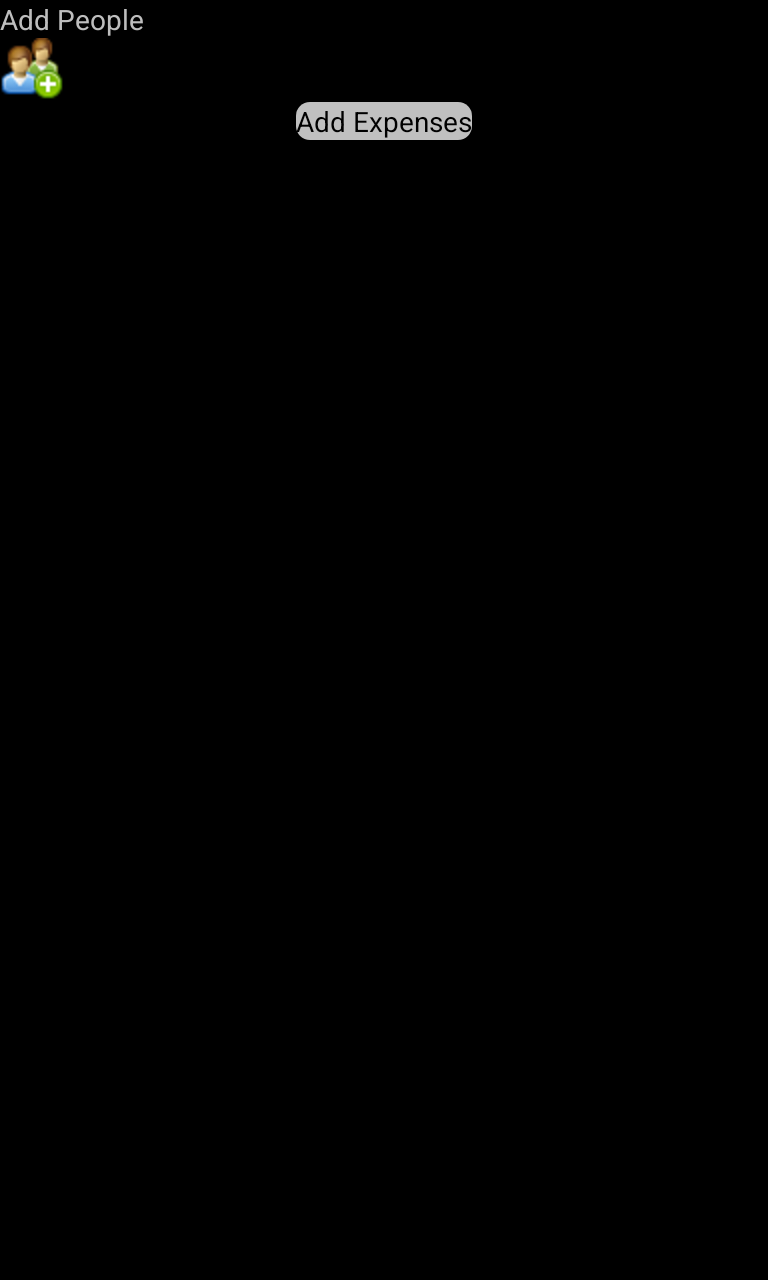
Repository: iyeranan/Expenses
Layout: Expenses/res/layout/main.xml
The author's editor kept a copy of each file at every save. The layout is drawn from the files as they stood at one save, then again after the next save.
It is drawn on a 768 x 1280 px phone screen (xhdpi) without system bars, with theme android:Theme; the app's code is not run.

Above is the layout before, as saved 2012-01-16 17:25:38.

### Expenses/res/layout/main.xml
<?xml version="1.0" encoding="utf-8"?>
<ScrollView xmlns:android="http://schemas.android.com/apk/res/android" android:layout_height="fill_parent" android:layout_width="fill_parent" android:id="@+id/widget54">
<LinearLayout xmlns:android="http://schemas.android.com/apk/res/android"
    android:orientation="vertical"
    android:layout_height="fill_parent" android:layout_width="fill_parent">
<TextView
    android:layout_width="fill_parent"
    android:layout_height="wrap_content"
    android:text="@string/addPeople"
    />
<Button android:layout_width="wrap_content" android:layout_height="wrap_content" android:background="@drawable/add_person" android:id="@+id/btnAddPeople"></Button>
<TableLayout android:layout_width="fill_parent" android:layout_height="wrap_content" android:id="@+id/tblPersons">
</TableLayout>
<Button android:layout_height="wrap_content" android:layout_gravity="center_vertical|center_horizontal" android:id="@+id/btnContinue" android:text="Add Expenses" android:background="@layout/buttonshape" android:layout_width="wrap_content"></Button>
</LinearLayout>
</ScrollView>

### Expenses/res/values/strings.xml
<?xml version="1.0" encoding="utf-8"?>
<resources>
    <string name="addPeople">Add People</string>
    <string name="app_name">Expenses</string>
    <string name="addExpenses">Add Expenses</string>
    <string name="ExpensesShare">ExpensesShare</string>
    <string name="netExpenses">Net Expenses</string>
</resources>

### Expenses/res/layout/buttonshape.xml
<?xml version="1.0" encoding="UTF-8"?>
<shape xmlns:android="http://schemas.android.com/apk/res/android" android:shape="rectangle">
     <gradient android:startColor="#C0C0C0" android:endColor="#C0C0C0" android:angle="270"/>
    <corners android:bottomRightRadius="7dp" android:bottomLeftRadius="7dp" android:topLeftRadius="7dp" android:topRightRadius="7dp"/>
 </shape>

After the next save:
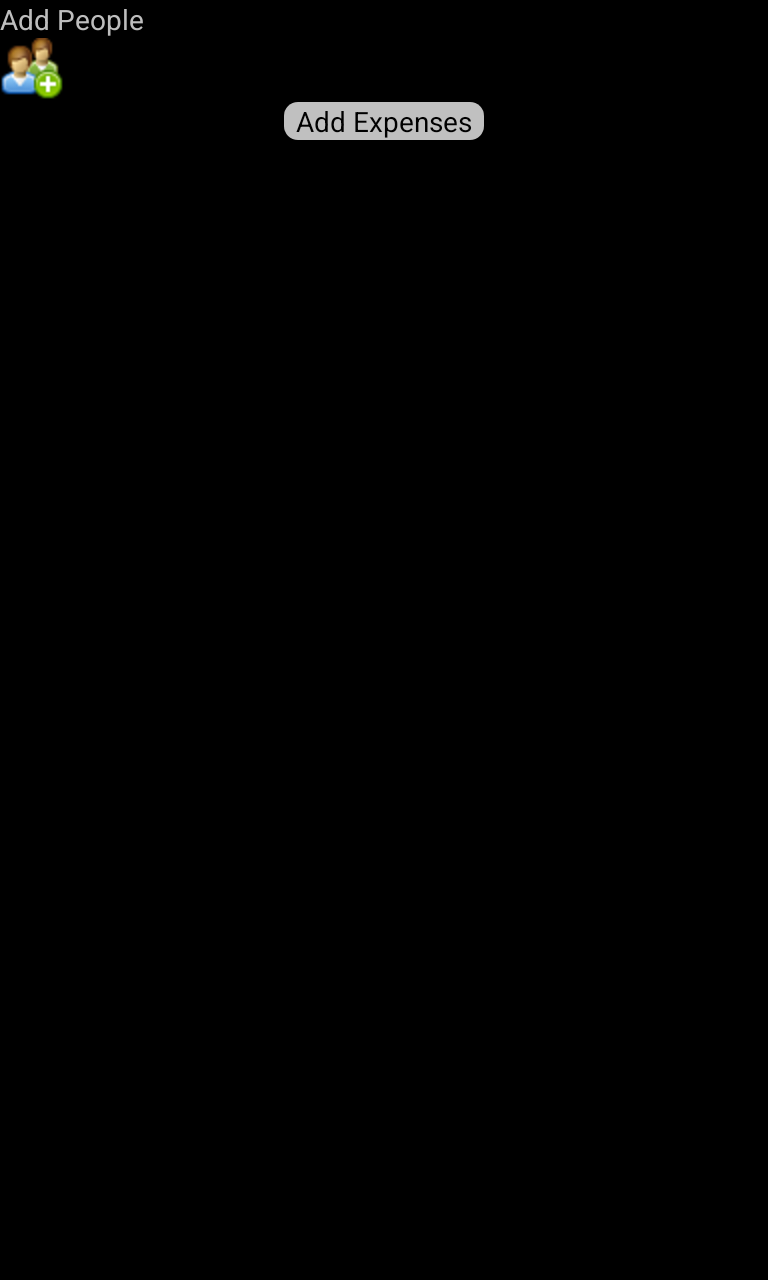
Saved 34 s later.
--- a/Expenses/res/layout/main.xml
+++ b/Expenses/res/layout/main.xml
@@ -11,6 +11,6 @@
 <Button android:layout_width="wrap_content" android:layout_height="wrap_content" android:background="@drawable/add_person" android:id="@+id/btnAddPeople"></Button>
 <TableLayout android:layout_width="fill_parent" android:layout_height="wrap_content" android:id="@+id/tblPersons">
 </TableLayout>
-<Button android:layout_height="wrap_content" android:layout_gravity="center_vertical|center_horizontal" android:id="@+id/btnContinue" android:text="Add Expenses" android:background="@layout/buttonshape" android:layout_width="wrap_content"></Button>
+<Button android:layout_height="wrap_content" android:layout_gravity="center_vertical|center_horizontal" android:id="@+id/btnContinue" android:text="Add Expenses" android:background="@layout/buttonshape" android:layout_width="100dp"></Button>
 </LinearLayout>
 </ScrollView>
